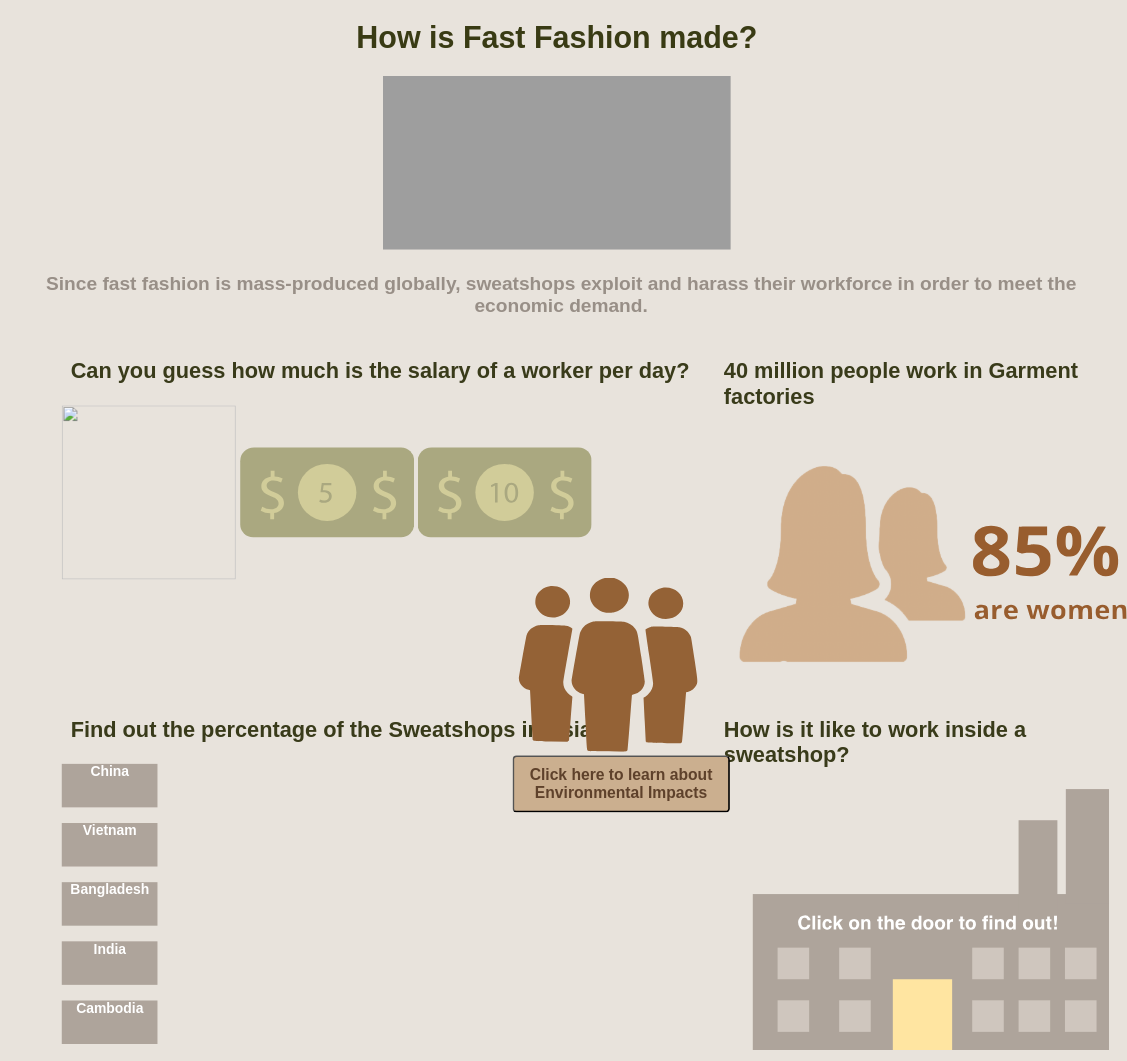
Repository: DevOfHockey/mdia-2190-midterm
Page: fashionlabor.html
An editor plug-in stored every save of this project. The page is shown before and after the next save, followed by the edit.
The browser window is 1280 px wide. The page is 1295 px wide, so the pictures cover 1295 px, including what lies to the right of the window. The pictures show the whole page, at 87% of full size.

Above is the page before, as saved 2022-03-08 20:49:35.

### fashionlabor.html
<!DOCTYPE html>
<html>
  <head>
    <title>Fashion Labor</title>
    <script src="comps/header.js"></script>
    <script src="comps/infobox.js"></script>
    <script src="comps/salarybox.js"></script>
    <script src="comps/sweatshopbox.js"></script>
    <script src="comps/womenbox.js"></script>
    <script src="comps/sweatshopgraph.js"></script>
    <script src="comps/laborphotoslider.js"></script>
    <link rel="stylesheet" href="fashionlabor.css">
  </head>
<!-- Header -->
  <body>
  <div class="main"></div>
    <div class="Headings">
      <the-header
        name="Sample Header">
      </the-header>
      <the-photoslider></the-photoslider>
      <p class="subheading">Since fast fashion is mass-produced globally, sweatshops exploit and harass their workforce in order to meet the economic demand.</p>
    </div>

<!-- Images with Info-->
    <div id="info">
      <div class="salary">
        <p>Can you guess how much is the salary of a worker per day?</p>
        <the-salary></the-salary>
      </div>

      <div class="asia">
        <p><span>40 million people</span> work in Garment factories</p>
        <the-women></the-women>
      </div>

      <div class="environment">
        <img src="/imgs/human.svg" class="human" width="220" height="200">
        <button>Click here to learn about Environmental Impacts</button>
      </div>

      <div class="people">
        <p>Find out the percentage of the Sweatshops in Asia</p>
        <the-graph></the-graph>
      </div>

      <div class="sweatshops">
        <p>How is it like to work inside a sweatshop?</p>
        <the-sweatshop></the-sweatshop>
      </div>
    </div>
  </div>

  </body>
</html>

### comps/header.js
var template_header = document.createElement("template"); //<template> </template> RULE

//To-do - CREATE THE UI HERE!
template_header.innerHTML = `
<div class = "header">
<h1> How is Fast Fashion made? </h1>
</div>
<style>
h1 {
    color: #393b14;
    font-size: 35px;
}
</style>
`;

//MUST HAVE - CREATE A CLASS WITH HTMLELEMENT POWERS (interfaces/functionalities)
class TheHeader extends HTMLElement {

    //MUST HAVE - CREATE A CONSTRUCTOR TO DO INITAL ASSOCIATIONS
    constructor(){
        super(); //pass on the HTMLElement super powers!
        this.attachShadow({mode:"open"}) //Attach it to the shadowRoot

        //To-do - CREATE THE STATES FOR THE UI HERE!
    }

    //MUST HAVE - FUNCTION THAT RUNS AFTER IT'S CONNECTED
    connectedCallback(){
        this.shadowRoot.appendChild(template_header.content.cloneNode(true)); //use the template to make a clone
    }

    //To-do - CREATE THE FUNCTIONALITIES HERE!
}

//MUST HAVE - define the tag for the custom elements
customElements.define("the-header", TheHeader)

### comps/infobox.js
//MUST HAVE - CREATE A TEMPLATE TAG
var template_info = document.createElement("template"); //<template> </template> RULE

//To-do - CREATE THE UI HERE!
template_info.innerHTML = `
<div id = "info_cont">
<h3>Info Title<h3>
<img id='image' src='/imgs/sweatshopsgraph.svg' />
</div>

<style>
h3 {
    font-size: 25px;
    font-weight: bold;
    color: #393B1A;
    text-align: left;
    margin-left: 30px;
}

#image {
    width: 400px;
    height: 300px;
}
`;

//MUST HAVE - CREATE A CLASS WITH HTMLELEMENT POWERS (interfaces/functionalities)
class TheInfo extends HTMLElement {

    //MUST HAVE - CREATE A CONSTRUCTOR TO DO INITAL ASSOCIATIONS
    constructor(){
        super(); //pass on the HTMLElement super powers!
        this.attachShadow({mode:"open"}) //Attach it to the shadowRoot

        //To-do - CREATE THE STATES FOR THE UI HERE!
    }

    //MUST HAVE - FUNCTION THAT RUNS AFTER IT'S CONNECTED
    connectedCallback(){
        this.shadowRoot.appendChild(template_info.content.cloneNode(true)); //use the template to make a clone
        //console.log(this.getAttribute("name"))
        if(this.getAttribute("name")){
        this.shadowRoot.querySelector("#info_cont > h3").innerText = this.getAttribute("name");
        }
        if(this.getAttribute("img")){
        this.shadowRoot.querySelector("img").src = this.getAttribute("img");
        }
    }

    //To-do - CREATE THE FUNCTIONALITIES HERE!
}

//MUST HAVE - define the tag for the custom elements
customElements.define("the-info", TheInfo)

### comps/salarybox.js
//MUST HAVE - CREATE A TEMPLATE TAG
var template_salary = document.createElement("template"); //<template> </template> RULE

//To-do - CREATE THE UI HERE!
template_salary.innerHTML = `
<style>
img {
    width: 200px;
    height: 200px;
}

img.twodollar:hover {
    filter: drop-shadow(5px 5px 5px #67664F);
}

img.fivedollar:hover {
    filter: drop-shadow(5px 5px 5px #67664F);
}

img.tendollar:hover {
    filter: drop-shadow(5px 5px 5px #67664F);
}

</style>

<div id="maincont">
    <div id="salarybox">
        <img class="twodollar" src="/imgs/2dollar.svg" onclick="myFunction()">
        <img class="fivedollar" src="/imgs/5dollar.svg">
        <img class="tendollar" src="/imgs/10dollar.svg">
    </div>
</div>
`;

//MUST HAVE - CREATE A CLASS WITH HTMLELEMENT POWERS (interfaces/functionalities)
class TheSalary extends HTMLElement {

    //MUST HAVE - CREATE A CONSTRUCTOR TO DO INITAL ASSOCIATIONS
    constructor(){
        super(); //pass on the HTMLElement super powers!
        this.attachShadow({mode:"open"}) //Attach it to the shadowRoot

        //To-do - CREATE THE STATES FOR THE UI HERE!
    }

    //MUST HAVE - FUNCTION THAT RUNS AFTER IT'S CONNECTED
    connectedCallback(){
        this.shadowRoot.appendChild(template_salary.content.cloneNode(true)); //use the template to make a clone
        this.shadowRoot.querySelector('#salarybox > img:nth-child(1)').onclick = () => this.showAnswerone();
        this.shadowRoot.querySelector('#salarybox > img:nth-child(2)').onclick = () => this.showAnswertwo();
        this.shadowRoot.querySelector('#salarybox > img:nth-child(3)').onclick = () => this.showAnswerthree();
    }

    //To-do - CREATE THE FUNCTIONALITIES HERE!
    showAnswerone(){
        this.shadowRoot.querySelector('#salarybox > img:nth-child(1)').src= '/imgs/correctanswer.svg';
    }
    showAnswertwo(){
        this.shadowRoot.querySelector('#salarybox > img:nth-child(2)').src= '/imgs/wronganswer.svg';
    }
    showAnswerthree(){
        this.shadowRoot.querySelector('#salarybox > img:nth-child(3)').src= '/imgs/wronganswer.svg';
    }
}

//MUST HAVE - define the tag for the custom elements
customElements.define("the-salary", TheSalary)

### comps/sweatshopbox.js
//1- CREATE A TEMPLATE TAG
var template_sweatshop = document.createElement("template"); //<template> </template> RULE

//2- CREATE UI HERE (optional)!
template_sweatshop.innerHTML = `
<style>
.factory {
    width: 450px;
    height: 300px;
    margin-left: 5%;
}

.factory:hover {
    filter: drop-shadow(2px 2px 2px #6A645F);
}

</style>

<div id="sweatshopimg">
    <img class="factory" src="/imgs/sweatshop.svg">
</div>
`;

//3- CREATE A CLASS WITH HTMLELEMENT POWERS (interfaces/functionalities)
class TheSweatshop extends HTMLElement {

    //4- CREATE A CONSTRUCTOR TO DO INITAL ASSOCIATIONS
    constructor(){
        super(); //pass on the HTMLElement super powers!
        this.attachShadow({mode:"open"}) //Attach it to the shadowRoot

        //5- CREATE THE STATES FOR THE UI HERE!
    }

    //6- FUNCTION THAT RUNS AFTER IT'S CONNECTED
    connectedCallback(){
        this.shadowRoot.appendChild(template_sweatshop.content.cloneNode(true)); //use the template to make a clone
        this.shadowRoot.querySelector('#sweatshopimg > img').onclick = () => this.showAnswer();
    }

    //7- CREATE THE FUNCTIONALITIES HERE!
    showAnswer(){
        this.shadowRoot.querySelector('#sweatshopimg > img').src= '/imgs/sweatshopanswer.svg';
    }
}

//8- define the tag for the custom elements
customElements.define("the-sweatshop", TheSweatshop)

### comps/womenbox.js
//1- CREATE A TEMPLATE TAG
var template_women = document.createElement("template"); //<template> </template> RULE

//2- CREATE UI HERE (optional)!
template_women.innerHTML = `
<style>
.women {
    width: 450px;
    height: 300px;
    margin-left: 5%;
}

.women:hover {
    filter: drop-shadow(2px 2px 2px #A8947D);
}
</style>

<div id="womenpercent">
    <img class="women" src="/imgs/women.svg">
</div>
`;

//3- CREATE A CLASS WITH HTMLELEMENT POWERS (interfaces/functionalities)
class TheWomen extends HTMLElement {

    //4- CREATE A CONSTRUCTOR TO DO INITAL ASSOCIATIONS
    constructor(){
        super(); //pass on the HTMLElement super powers!
        this.attachShadow({mode:"open"}) //Attach it to the shadowRoot

        //5- CREATE THE STATES FOR THE UI HERE!
    }

    //6- FUNCTION THAT RUNS AFTER IT'S CONNECTED
    connectedCallback(){
        this.shadowRoot.appendChild(template_women.content.cloneNode(true)); //use the template to make a clone
        this.shadowRoot.querySelector('#womenpercent > img').onclick = () => this.showAnswer();
    }

    //7- CREATE THE FUNCTIONALITIES HERE!
    showAnswer(){
        this.shadowRoot.querySelector('#womenpercent > img').src= '/imgs/womenfact.svg';
    }
}

//8- define the tag for the custom elements
customElements.define("the-women", TheWomen)

### comps/sweatshopgraph.js
//1- CREATE A TEMPLATE TAG
var template_graph = document.createElement("template"); //<template> </template> RULE

//2- CREATE UI HERE (optional)!
template_graph.innerHTML = `
<style>
div {
    width: 110px;
    height: 50px;
    background: #AEA49B;
    font-family: Sans-serif;
    font-weight: bold;
    color: white;
    text-align: center;
}
.China:hover {
    filter: drop-shadow(2px 2px 2px #6A645F);
}
.Vietnam:hover {
    filter: drop-shadow(2px 2px 2px #6A645F);
}
.Bangladesh:hover {
    filter: drop-shadow(2px 2px 2px #6A645F);
}
.India:hover {
    filter: drop-shadow(2px 2px 2px #6A645F);
}
.Cambodia:hover {
    filter: drop-shadow(2px 2px 2px #6A645F);
}
</style>

<div id="countries">
    <div class="China">China</div><br>
    <div class="Vietnam">Vietnam</div><br>
    <div class="Bangladesh">Bangladesh</div><br>
    <div class="India">India</div><br>
    <div class="Cambodia">Cambodia</div><br>
</div>

`;

//3- CREATE A CLASS WITH HTMLELEMENT POWERS (interfaces/functionalities)
class TheGraph extends HTMLElement {

    //4- CREATE A CONSTRUCTOR TO DO INITAL ASSOCIATIONS
    constructor(){
        super(); //pass on the HTMLElement super powers!
        this.attachShadow({mode:"open"}) //Attach it to the shadowRoot

        //5- CREATE THE STATES FOR THE UI HERE!
    }

    //6- FUNCTION THAT RUNS AFTER IT'S CONNECTED
    connectedCallback(){
        this.shadowRoot.appendChild(template_graph.content.cloneNode(true)); //use the template to make a clone
        this.shadowRoot.querySelector('.China').onclick = () => this.showChinagraph();
        this.shadowRoot.querySelector('.Vietnam').onclick = () => this.showVietnamgraph();
        this.shadowRoot.querySelector('.Bangladesh').onclick = () => this.showBangladeshgraph();
        this.shadowRoot.querySelector('.India').onclick = () => this.showIndiagraph();
        this.shadowRoot.querySelector('.Cambodia').onclick = () => this.showCambodiagraph();
    }

    //7- CREATE THE FUNCTIONALITIES HERE!
    showChinagraph(){
        this.shadowRoot.querySelector('.China').style.cssText= `
            transition: width 1s;
            transition-timing-function: linear;
            width: 400px;
            background: #74724E;
            font-size: 25px;
        `;
        this.shadowRoot.querySelector('.China').innerHTML= `
            China 42%
        `;
    }
    showVietnamgraph(){
        this.shadowRoot.querySelector('.Vietnam').style.cssText= `
            transition: width 1s;
            transition-timing-function: linear;
            width: 350px;
            background: #957F32;
            font-size: 25px;
        `;
        this.shadowRoot.querySelector('.Vietnam').innerHTML= `
            Vietnam 12%
        `;
    }
    showBangladeshgraph(){
        this.shadowRoot.querySelector('.Bangladesh').style.cssText= `
            transition: width 1s;
            transition-timing-function: linear;
            width: 300px;
            background: #C1BD69;
            font-size: 25px;
        `;
        this.shadowRoot.querySelector('.Bangladesh').innerHTML= `
            Bangladesh 7%
        `;
    }
    showIndiagraph(){
        this.shadowRoot.querySelector('.India').style.cssText= `
            transition: width 1s;
            transition-timing-function: linear;
            width: 250px;
            background: #B4B17E;
            font-size: 25px;
        `;
        this.shadowRoot.querySelector('.India').innerHTML= `
            India 5%
        `;
    }
    showCambodiagraph(){
        this.shadowRoot.querySelector('.Cambodia').style.cssText= `
            transition: width 1s;
            transition-timing-function: linear;
            width: 200px;
            background: #D0CD99;
            font-size: 25px;
        `;
        this.shadowRoot.querySelector('.Cambodia').innerHTML= `
            Cambodia 4%
        `;
    }

}

//8- define the tag for the custom elements
customElements.define("the-graph", TheGraph)

### comps/laborphotoslider.js
//1- CREATE A TEMPLATE TAG
var template_slider = document.createElement("template"); //<template> </template> RULE

//2- CREATE UI HERE (optional)!
template_slider.innerHTML = `
<style>
    img {
        justify-content:center;
        width: 400px;
        height: 200px;
    }
</style>

<div>
    <img src="/imgs/sweatshoptwo.jpeg"
</div>
`;

//3- CREATE A CLASS WITH HTMLELEMENT POWERS (interfaces/functionalities)
class ThePhotoSlider extends HTMLElement {

    //4- CREATE A CONSTRUCTOR TO DO INITAL ASSOCIATIONS
    constructor(){
        super(); //pass on the HTMLElement super powers!
        this.attachShadow({mode:"open"}) //Attach it to the shadowRoot

        //5- CREATE THE STATES FOR THE UI HERE!
    }

    //6- FUNCTION THAT RUNS AFTER IT'S CONNECTED
    connectedCallback(){
        this.shadowRoot.appendChild(template_slider.content.cloneNode(true)); //use the template to make a clone
    }

    //7- CREATE THE FUNCTIONALITIES HERE!

}

//8- define the tag for the custom elements
customElements.define("the-photoslider", ThePhotoSlider)

### fashionlabor.css
body {
    background-color: #e8e3dc;
    font-family: Arial, Helvetica, sans-serif;
}
.Headings {
    text-align: center;
    font-family: Arial, Helvetica, sans-serif;
}
p.subheading {
    text-align: center;
    font-family: Arial, Helvetica, sans-serif;
    color: #988F87;
    font-size: 22px;
}
#info {
    display: grid;
    grid-template-columns: 2fr 1fr;
    margin-left: 5%;
}
button {
    display:flex;
    align-self: center;
    background-color: #CBAF8F;
    color: #5E412B;
    text-align: center;
    padding: 10px;
    text-decoration: none;
    font-family: Arial, Helvetica, sans-serif;
    font-size: 18px;
    font-weight: bold;
    border-radius: 5px;
    width: 250px;
}
.environment {
    align-self: center;
    position: absolute;
    left: 46%;
}
p {
    font-size: 25px;
    font-weight: bold;
    color: #393B1A;
    text-align: left;
    margin-left: 10px;
}

### imgs/2dollar.svg
<svg id="Layer_2" data-name="Layer 2" xmlns="http://www.w3.org/2001/svg" viewBox="0 0 141.25 78.75"><defs><style>.cls-1,.cls-4{fill:#aaa880;}.cls-2,.cls-3{fill:#d0cd99;}.cls-3{font-size:48px;}.cls-3,.cls-4{font-family:OpenSans, Open Sans;}.cls-4{font-size:25.95px;}</style></defs><rect class="cls-1" width="141.25" height="78.75" rx="7.38"/><ellipse class="cls-2" cx="71.86" cy="40.05" rx="24.28" ry="23.6"/><text class="cls-3" transform="translate(12.5 57.56)">$</text><text class="cls-3" transform="translate(102.29 58.12)">$</text><text class="cls-4" transform="translate(63.89 49.4) scale(1.1 1)">2</text></svg>

After the next save:
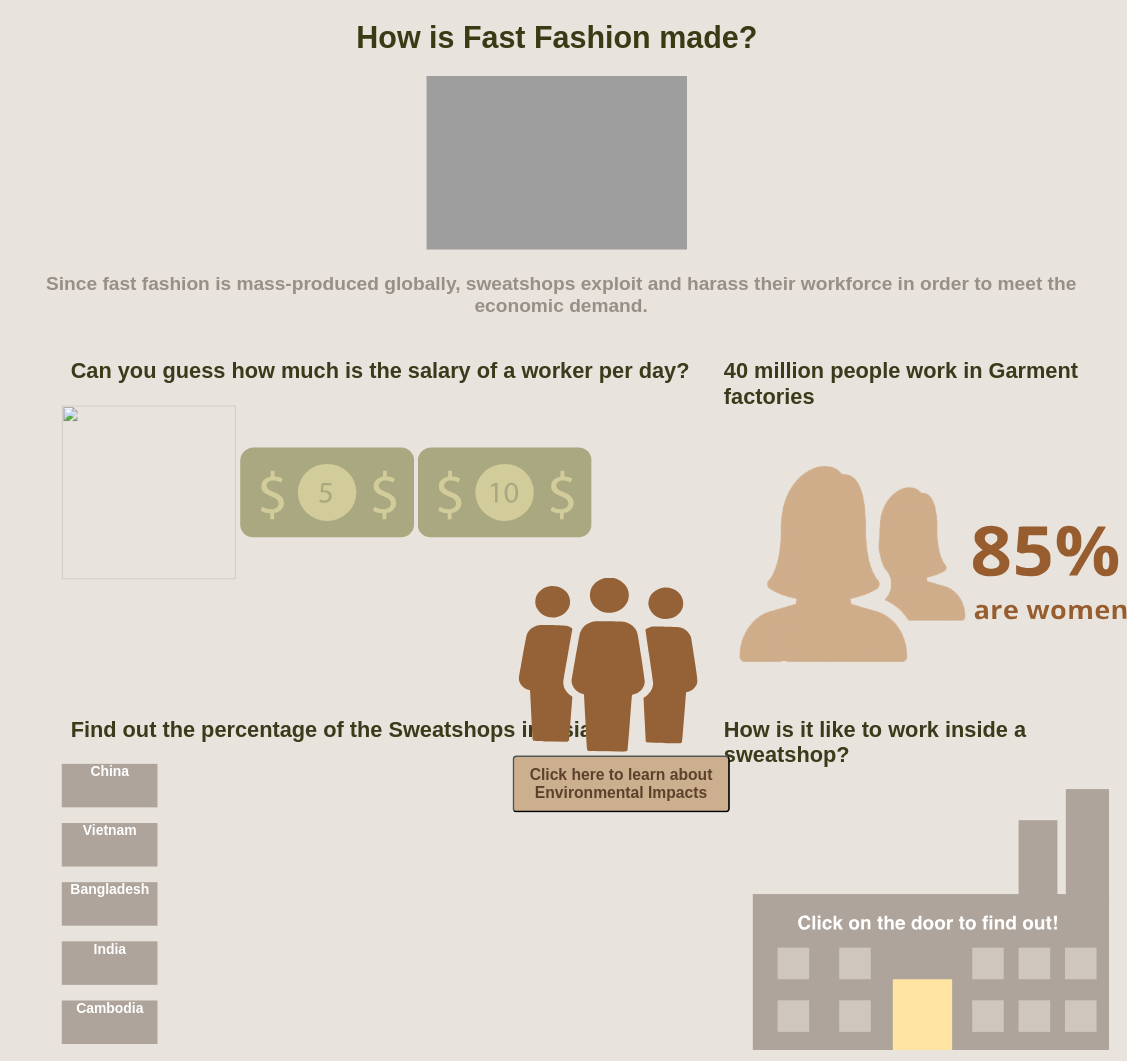
Saved 21 s later.
--- a/comps/laborphotoslider.js
+++ b/comps/laborphotoslider.js
@@ -6,7 +6,7 @@ template_slider.innerHTML = `
 <style>
     img {
         justify-content:center;
-        width: 400px;
+        width: 300px;
         height: 200px;
     }
 </style>
